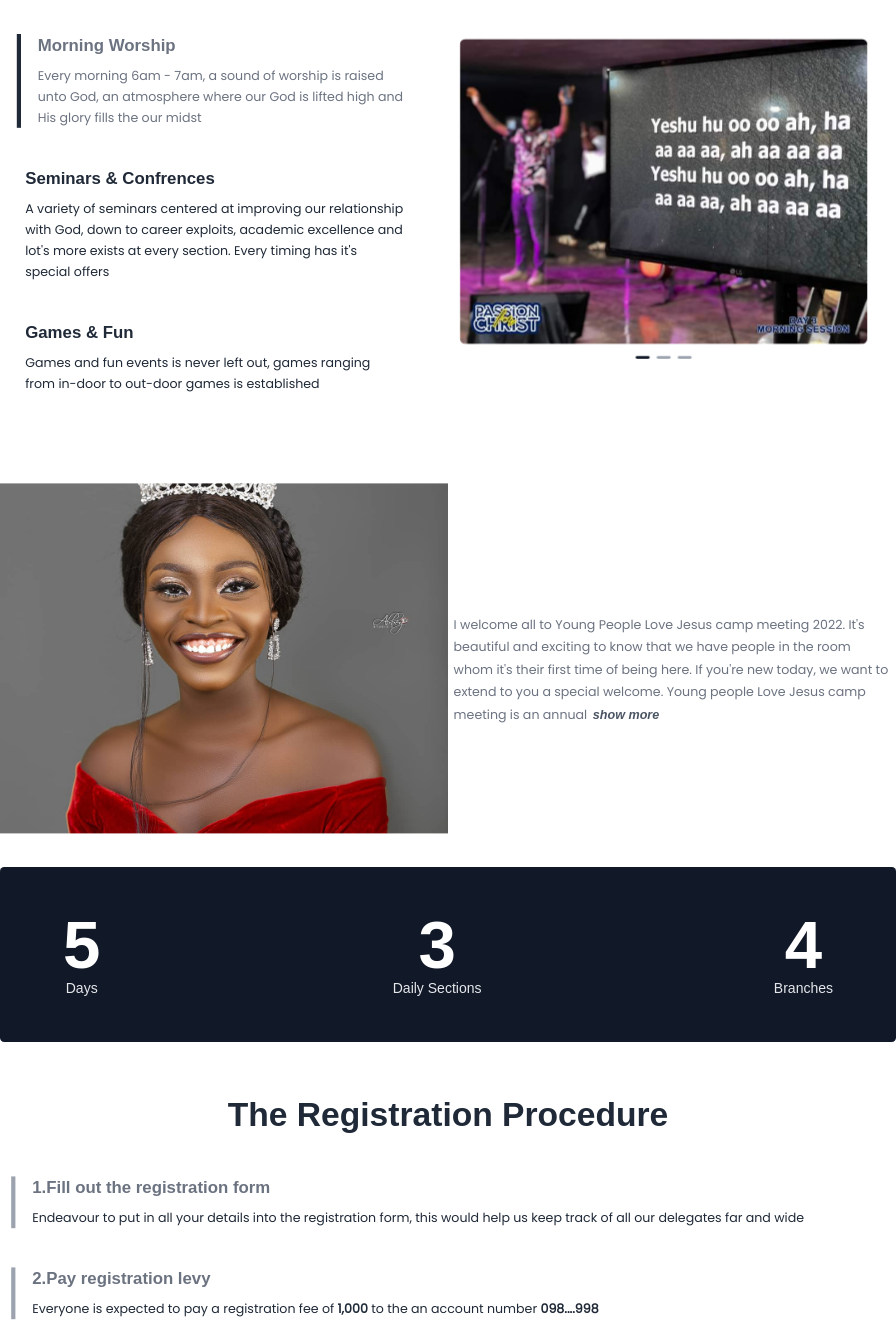
Repository: Ifenna-Pascal/user-camp-onboarding
Page: /
An editor plug-in stored every save of this project. The page is shown before and after the next save, followed by the edit.
The browser window is 1280 px wide. The pictures show the part of the page from y = 1452 to 3372 px (the page is 4300 px tall), at 70% of full size.
Some web fonts or font styles are not loaded; a fallback is used. The project was rebuilt for these pictures with package versions that can differ from the ones it lists, and the page was loaded fresh each time. The framework's server and built-in components were replaced by stand-ins that run in the browser. Also part of the build but not shown: next.config.js.

Above is the page before, as saved 2022-11-26 12:11:44.

### pages/_app.js
import Mainlayout from "../components/layout";
import "../styles/globals.css";
import "remixicon/fonts/remixicon.css";

function MyApp({ Component, pageProps }) {
  return (
    <Mainlayout>
      <Component {...pageProps} />
    </Mainlayout>
  );
}

export default MyApp;

### components/layout/index.jsx
import React from "react";
import Footer from "./Footer";
import Nav from "./Nav";

function Mainlayout({ children }) {
  return (
    <div className="relative">
      <Nav />
      <main>{children}</main>
      <Footer />
    </div>
  );
}

export default Mainlayout;

### styles/globals.css
@import url('https://fonts.googleapis.com/css2?family=Poppins&family=Sono:wght@400;500&display=swap');
@import url('https://fonts.googleapis.com/css2?family=Montserrat&family=Source+Sans+Pro&display=swap');

* {
  padding: 0;
  margin: 0;
  box-sizing: border-box;
  scroll-behavior: smooth;
}

html,
body {
  padding: 0;
  margin: 0;
  font-family: -apple-system, BlinkMacSystemFont, Segoe UI, Roboto, Oxygen,
    Ubuntu, Cantarell, Fira Sans, Droid Sans, Helvetica Neue, sans-serif;
}

a {
  color: inherit;
  text-decoration: none;
}

* {
  box-sizing: border-box;
}

@media (prefers-color-scheme: dark) {
  html {
    color-scheme: dark;
  }
  body {
    color: white;
    background: black;
  }
}

@tailwind base;
@tailwind components;
@tailwind utilities;

### components/sections/CountDown.jsx
/* eslint-disable @next/next/no-img-element */
import React, { useState, useEffect, useRef } from "react";
import { CircularProgressbar, buildStyles } from "react-circular-progressbar";
import "react-circular-progressbar/dist/styles.css";
import CountUp from "react-countup";

function CountDown() {
  // timer counter state
  let [days, setDays] = useState("00");
  let [hours, setHours] = useState("00");
  let [mins, setMins] = useState("00");
  let [secs, setSecs] = useState("00");
  const [display, setDisplay] = useState(false);
  let interval = useRef();

  // time counter function
  let startTimer = () => {
    let countdownDate = new Date("Dec 12, 2022 12:00:00").getTime();
    interval = setInterval(() => {
      let now = new Date().getTime();
      let distance = countdownDate - now;
      let days = Math.floor(distance / (1000 * 60 * 60 * 24));
      let hours = Math.floor(
        (distance % (1000 * 60 * 60 * 24)) / (1000 * 60 * 60)
      );
      let mins = Math.floor((distance % (1000 * 60 * 60)) / (1000 * 60));
      let secs = Math.floor((distance % (1000 * 60)) / 1000);
      if (distance < 0) {
        setDisplay(false);
      } else {
        setDisplay(true);
        setDays(days);
        setHours(hours);
        setMins(mins);
        setSecs(secs);
      }
    }, 1000);
  };

  // countdown functionality on load
  useEffect(() => {
    startTimer();
    const currentValue = interval.current;
    return () => {
      clearInterval(currentValue);
    };
  }, []);

  return (
    <div className="grid grid-cols-1 lg:grid-cols-2 items-center justify-center ">
      <div className="w-full -mt-8  h-[500px]">
        <img
          src="/assets/flyer.jpg"
          alt="campFlyer"
          className="w-full h-full object-center object-cover"
        />
      </div>
      {display && (
        <div className="w-full flex  justify-center  pt-10 pb-12 lg:pb-24 md:max-w-[900px] lg:mx-auto  lg:gap-4 px-8">
          <TimeDisplay time={days} text="Days" />
          <TimeDisplay time={hours} text="Hours" />
          <TimeDisplay time={mins} text="Minutes" />
          <TimeDisplay time={secs} text="Seconds" sec />
        </div>
      )}
    </div>
  );
}

export default CountDown;

const TimeDisplay = ({ time, text, sec }) => (
  <div className=" bg-[#e5e5e5] flex items-center  justify-center p-8 w-[75px] lg:w-[180px] mr-4 lg:mr-6 rounded-md h-[80px] lg:h-[150px] relative shadow-lg">
    {/* <div className="absolute top-[50%] w-full bg-gray-600 h-[2px]"></div> */}
    <div className="bg-white absolute -left-3 w-4 lg:w-6  h-4 lg:h-6 top-[43%] "></div>
    <div className="bg-white absolute -right-3 w-4 lg:w-6  h-4 lg:h-6 top-[43%] "></div>
    <div className="flex flex-col items-center">
      <h1 className="text-gray-800 text-2xl lg:text-6xl mb-2 font-semibold font-montserat block">
        {sec ? (
          time
        ) : (
          <CountUp
            end={time}
            duration={2.75}
            useEasing
            enableScrollSpy
            scrollSpyDelay={1}
          />
        )}
      </h1>
      <p className="text-center block text-sm lg:text-base font-sono">{text}</p>
    </div>
  </div>
);

### components/sections/Hero.jsx
import Link from "next/link";
import React from "react";
import Button from "../general/Button";
import HeroRight from "../general/HeroRight";

function Hero() {
  return (
    <div
      id="home"
      className="lg:h-[90vh] min-h-screen  grid grid-cols-1 lg:grid-cols-2"
    >
      <div className="w-full flex py-6 lg:py-0  lg:-mt-8 lg:items-start items-center flex-col justify-center h-full">
        <h1 className="text-3xl lg:text-6xl text-gray-800 text-center lg:text-left leading-[50px] lg:leading-[75px] font-semibold font-sono">
          Raising Agents Of Transformation
        </h1>
        <p className="text-lg lg:max-w-[600px] text-gray-700 py-2 text-center lg:text-left leading-[35px] lg:leading-[30px] font-poppins px-4 lg:px-0 lg:pr-[50px]">
          In the last days, says the Lord, I will pour out my spirit upon all
          flesh, and your <b>sons and daughters</b> shall prophesy, your old men
          shall dream dreams, shall see visions. <strong>Joel 2:28</strong>
        </p>
        <div className="mt-4">
          <Link href={"/register"}>
            {" "}
            <Button text={"Join Us"} />
          </Link>
        </div>
      </div>
      <div className="lg:p-4 w-[97%]   h-full mx-auto lg:w-full">
        {" "}
        <HeroRight />{" "}
      </div>
    </div>
  );
}

export default Hero;

### components/sections/Numerics.jsx
import React from "react";
import CountUp from "react-countup";
function Numerics() {
  return (
    <div className="bg-gray-900 rounded-md px-3 lg:px-0 flex lg:flex-row flex-col justify-center my-12 min-h-[600px] lg:min-h-[250px] w-full">
      <div className="lg:max-w-[1100px] flex lg:flex-row flex-col lg:items-center w-full justify-between mx-auto">
        <Numeric figure={5} text="Days" />
        <Numeric figure={3} text="Daily Sections" />
        <Numeric figure={4} text="Branches" />
      </div>
    </div>
  );
}

export default Numerics;

const Numeric = ({ figure, text }) => (
  <div className="flex flex-col cursor-pointer mb-12 lg:mb-0 items-center">
    <h1 className="text-white hover:scale-[1.3] hover:mb-2 duration-500 font-sono font-semibold text-8xl">
      <CountUp
        end={figure}
        duration={2.75}
        useEasing
        enableScrollSpy
        scrollSpyDelay={1}
      />
    </h1>
    <p className="text-center font-sono text-xl text-gray-200">{text}</p>
  </div>
);

### components/sections/Reviews.jsx
import React from "react";
import Header from "../general/Header";
import ReviewCarousel from "../general/ReviewCarousel";

function Reviews() {
  return (
    <div className="mb-24" id="reviews">
      <Header
        header={"What The People Say..."}
        // content="Lorem ipsum dolor sit amet consectetur adipisicing elit. Culpa saepe iusto nisi! Nostrum tempore consequatur rerum! Cumque sequi tenetur ea! Impedit delectus facere est cupiditate, voluptatibus adipisci ipsum consectetur beatae."
      />
      <ReviewCarousel />
    </div>
  );
}

export default Reviews;

### components/sections/Speech.jsx
/* eslint-disable @next/next/no-img-element */
import React, { useState } from "react";

function Speech() {
  const [show, setShow] = useState(false);
  let p = `  I welcome all to Young People Love Jesus camp meeting 2022. It's
    beautiful and exciting to know that we have people in the room whom
    it's their first time of being here. If you're new today, we want to
    extend to you a special welcome. Young people Love Jesus camp meeting
    is an annual programme geared towards bringing young people all over
    the world together, leading them through the process of salvation by
    the help of the Holy Spirit (for those who haven't experienced this),
    passing them through teachings and training made to equip them for the
    days ahead, and helping them through Christ fulfill their purposes.
    The theme for this year - Agents of Transformation - has kept me
    bubbling with excitement and earnest expectation as to what this
    year's camp meeting holds for us and I can't wait to take hold of the
    prophesies and words from God for me and I hope it's same with you?
    The Lord is about to take us to a new level, are you ready for it?
    Like our Daddy, Apostle Uche S. Nick would say, With Jesus joy in my
    heart,I say once again, you're welcome!`;
  let distance = show ? p.length - 1 : 302;
  return (
    <div className="grid grid-cols-1 lg:grid-cols-2 pt-12 items-center justify-center ">
      <div className="w-full -mt-8  h-[500px]">
        <img
          src="/assets/miss.jpg"
          alt="campFlyer"
          className="w-full h-full object-center object-cover"
        />
      </div>
      <div>
        <p className="text-left block text-lg  font-poppins  leading-[32px] text-gray-500 py-4 px-2">
          {p.substring(0, distance)}
          <span
            className="font-semibold italic duration-300 px-2 cursor-pointer font-sono text-gray-600"
            onClick={() => setShow(!show)}
          >
            {show ? "show less" : "show more"}
          </span>
        </p>
      </div>
    </div>
  );
}

export default Speech;

### components/sections/Steps.jsx
import React from "react";
import Header from "../general/Header";

const Payment = () => (
  <p>
    Everyone is expected to pay a registration fee of <strong>1,000</strong> to
    the an account number <strong>098....998</strong>
  </p>
);

function Steps() {
  return (
    <div className="flex items-start my-6 mx-4 flex-col">
      <Header header="The Registration Procedure " />
      <StepProcess
        header="1.Fill out the registration form"
        content="Endeavour to put in all your details into the registration form, this would help us keep track of all our delegates far and wide"
      />
      <StepProcess header="2.Pay registration levy" content=<Payment /> />
      <StepProcess
        header="3.Send out proof of payment"
        content={`Send proof of payment to the specified whatsApp contact `}
      />{" "}
    </div>
  );
}

export default Steps;

const StepProcess = ({ header, content }) => {
  return (
    <div
      className={`
        border-l-[6px] block pl-6
      mb-14 duration-500 border-gray-400 lg:pr-16`}
    >
      <h1
        className={`font-sono mb-3
          text-gray-500
        text-2xl block font-semibold`}
      >
        {header}
      </h1>
      <p
        className={`block text-lg font-poppins  leading-[30px]
           text-gray-800
        `}
      >
        {content}
      </p>
    </div>
  );
};

### components/layout/Footer.jsx
import React from "react";

function Footer() {
  return (
    <div className="bg-gray-900 w-full h-[70px]  flex items-center justify-center">
      <p className="text-center flex items-center text-white font-sono text-xl">
        {" "}
        <span className="text-4xl mr-2">&copy;</span> YPLJ Camp Meeting 2022{" "}
      </p>
    </div>
  );
}

export default Footer;

### components/layout/Nav.jsx
import Link from "next/link";
import { useRouter } from "next/router";
import React, { useState } from "react";
import Button from "../general/Button";
import NavLink from "../general/NavLink";

function Nav() {
  const [show, setShow] = useState(false);
  const router = useRouter();
  const toggle = () => {
    setShow(!show);
  };
  return (
    <div className="lg:sticky  top-0 w-full shadow-sm mb-4 z-50 px-6 lg:px-0 bg-white">
      <nav className="w-full lg:py-6 py-5 flex items-center  lg:max-w-[1450px] lg:mx-auto justify-between">
        <Link href="/">
          {" "}
          <h1 className="font-sono text-2xl lg:text-4xl ">YEMs</h1>
        </Link>
        <ul className="lg:flex items-center hidden justify-between">
          <NavLink href="/#home" name="About Us" />
          <NavLink href="/#process" name="Process" />
          <NavLink href="/#reviews" name="Reviews" />
          <Link href="/register">
            <Button text="Register" />
          </Link>
        </ul>
        <button
          className='block md:hidden className="w-full px-2 py-1 rounded-lg text-AP-grey-200 hover:text-AP-blue-200 border-AP-grey-200 hover:border-AP-blue-400'
          onClick={toggle}
        >
          <i
            className={`${
              !show ? "ri-menu-3-fill duration-500" : "ri-close-line"
            } text-2xl text-gray-800`}
          />
        </button>
      </nav>
      <div
        className={`flex lg:hidden ${
          show
            ? "flex duration-500  flex-col items-center space-y-8 pt-2 "
            : "hidden"
        }`}
      >
        <NavLink href="/#home" name="About Us" />
        <NavLink href="/#process" name="Process" />
        <NavLink href="/#reviews" name="Reviews" />
        {/* {router.pathname !== "/register" && (
          <Link href="/register">
            <Button text="Register" onClick={() => setShow(false)} />
          </Link>
        )} */}
      </div>
    </div>
  );
}

export default Nav;

### components/general/Button.jsx
import React from "react";

function Button({ text, ...rest }) {
  return (
    <button
      className="bg-gray-800 px-12 py-3 hover:bg-white hover:text-black hover:border hover:border-black duration-500 hover:ease-in-out text-white font-sono text-xl"
      {...rest}
    >
      {text}
    </button>
  );
}

export default Button;

### components/general/HeroRight.jsx
/* eslint-disable @next/next/no-img-element */
import React from "react";

function HeroRight() {
  return (
    <div className="grid grid-cols-3 lg:px-8   mt-8 lg:my-0 pr-0  max-h-[700px] w-full gap-2 grid-rows-6">
      <div
        data-aos="zoom-in-down"
        data-aos-offset="500"
        data-aos-easing="ease-in-cubic"
        data-aos-duration="1000"
        class="w-full row-start-1 row-span-3"
      >
        <img
          src="/assets/camping20.jpg"
          alt="Photo by Claudio Schwarz on Unsplash"
          class="inset-0 h-full w-full object-cover object-center  rounded-lg  "
        />
      </div>
      <div class="w-full row-start-4  col-span-1 col-start-1 row-end-6">
        <img
          src="/assets/camp5.jpg"
          alt="Photo by Claudio Schwarz on Unsplash"
          class="inset-0 h-full w-full object-cover object-center  rounded-lg  "
        />
      </div>
      {/* <div className="grid  gap-y-4 h-full w-full h-full row-span-5  col-span-1"> */}
      <div
        data-aos="fade-down"
        data-aos-offset="500"
        data-aos-easing="ease-in-cubic"
        data-aos-duration="1000"
        className="row-start-1  w-full row-span-1 col-start-2 col-span-1"
      >
        {/* <ImageBox color="bg-red-400" /> */}
        <img
          src="/assets/camp6.jpg"
          alt="Photo by Claudio Schwarz on Unsplash"
          class="inset-0 h-full w-full object-cover object-center  rounded-lg  "
        />
      </div>
      <div
        data-aos="zoom-in-down"
        data-aos-offset="500"
        data-aos-easing="ease-in-cubic"
        data-aos-duration="1000"
        className="row-start-2 row-span-3  w-full col-start-2 col-span-1"
      >
        <img
          src="/assets/camp13.jpg"
          alt="Photo by Claudio Schwarz on Unsplash"
          class="inset-0 h-full w-full object-cover object-center  rounded-lg  "
        />
      </div>
      <div className="row-start-5  w-full  row-span-1 col-start-2 col-span-1">
        <img
          src="/assets/camp3.jpg"
          alt="Photo by Claudio Schwarz on Unsplash"
          class="inset-0 h-full w-full object-cover object-center  rounded-lg  "
        />
      </div>
      <div className="col-start-3  row-span-2">
        <img
          src={"/assets/camp11.jpg"}
          alt="Photo by Claudio Schwarz on Unsplash"
          class="inset-0 h-full w-full object-cover object-center bg-center  rounded-lg  "
        />
      </div>
      <div
        data-aos="fade-up"
        data-aos-offset="500"
        data-aos-easing="ease-in-cubic"
        data-aos-duration="1000"
        className="col-start-3  row-start-3 row-span-3"
      >
        <img
          src={"/assets/camp10.jpg"}
          alt="Photo by Claudio Schwarz on Unsplash"
          class="inset-0 h-full w-full object-cover object-center bg-center  rounded-lg  "
        />
      </div>
    </div>
  );
}

export default HeroRight;

const ImageBox = ({ color }) => {
  return (
    <div className={`w-full h-full bg-red  rounded-lg-lg ${color}`}>
      <img
        src="https://images.unsplash.com/photo-1539183204366-63a0589187ab?ixlib=rb-4.0.3&ixid=MnwxMjA3fDB8MHxzZWFyY2h8MTh8fGNhbXBpbmd8ZW58MHx8MHx8&auto=format&fit=crop&w=600&q=60"
        alt="image"
        className=" rounded-lg-lg"
      />
    </div>
  );
};

### components/general/Carousel.jsx
/* eslint-disable jsx-a11y/alt-text */
/* eslint-disable @next/next/no-img-element */
import Slider from "react-slick";
import "slick-carousel/slick/slick.css";
import "slick-carousel/slick/slick-theme.css";
import useSetting from "../hooks/useSetting";

const Carousel = ({ setCurrent, current }) => {
  const { settings } = useSetting(current, setCurrent);
  const images = ["/assets/camp7.jpg", "/assets/camp4.jpg", "/assets/camp.jpg"];
  return (
    <div>
      <Slider {...settings}>
        {images.map((image, i) => (
          <div key={i} className={` h-full w-full`}>
            <img
              src={image}
              className={`object-cover  object-center rounded-lg w-full  h-[50%] `}
            />
          </div>
        ))}
      </Slider>
    </div>
  );
};

export default Carousel;

### components/general/Header.jsx
import React from "react";

function Header({ header, content }) {
  return (
    <div className="flex flex-col px-2 lg:px-0 lg:max-w-[1000px] mx-auto items-center justify-center py-6 lg:py-8">
      <h1 className="text-gray-800 text-center lg:text-left text-2xl lg:text-5xl font-semibold font-sono block ">
        {header}
      </h1>
      <p className="block text-base  lg:text-lg text-center font-poppins text-gray-800 leading-[30px] py-2 lg:py-4">
        {content}
      </p>
    </div>
  );
}

export default Header;

### components/general/NavLink.jsx
import Link from "next/link";
import React from "react";

function NavLink({ href, name }) {
  return (
    <Link href={href}>
      <span className="text-black px-4 text-xl font-sono mr-6 font-500">
        {name}
      </span>
    </Link>
  );
}

export default NavLink;

### components/hooks/useSetting.jsx
import React from "react";

function useSetting(current, setCurrent) {
  const settings = {
    className: "center",
    autoplay: true,
    // centerMode: true,
    infinite: true,
    // centerPadding: "60px",
    slidesToShow: 1,
    arrows: false,
    slideToScrool: 1,
    lazyLoad: true,
    vertical: true,
    focusOnSelect: true,
    draggable: true,
    dots: true,
    autoplaySpeed: 5000,
    speed: 2000,
    beforeChange: (current) => setCurrent(current),
    customPaging: (i) => (
      <div
        className={`w-[20px]  mt-4 h-[4px] rounded-[10px] ${
          current === i ? "bg-gray-900" : "bg-gray-400"
        }`}
      ></div>
    ),
    responsive: [
      {
        breakpoint: 450,
        settings: {
          autoplay: true,
          centerMode: false,
          vertical: true,
          infinite: true,
          slidesToShow: 1,
          slideToScroll: 1,
          arrows: false,
          draggable: true,
          dots: true,
          autoplaySpeed: 5000,
          speed: 2000,
          beforeChange: (current) => setCurrent(current),
          customPaging: (i) => (
            <div
              className={`w-[20px]  mt-4 h-[4px] rounded-[10px] ${
                current === i ? "bg-gray-900" : "bg-gray-400"
              }`}
            ></div>
          ),
        },
      },
    ],
  };
  return { settings };
}

export default useSetting;

### components/general/ReviewCard.jsx
/* eslint-disable jsx-a11y/alt-text */
/* eslint-disable @next/next/no-img-element */
import React from "react";

function ReviewCard({ name, role, src, review }) {
  return (
    <div className="min-w-[300px] relative  mx-4 min-h-[300px] flex shadow-md">
      <div className="flex absolute top-2 left-2 py-2">
        <i className="ri-single-quotes-r text-5xl text-gray-300 font-semibold"></i>
        <i className="ri-single-quotes-r text-5xl -ml-5  text-gray-300 font-semibold"></i>
      </div>
      <div className="flex flex-col relative pt-16 pb-6 px-5">
        <p className="py-4 font-poppins text-basev text-gray-600">{review}</p>
        <div className="flex flex-col w-full">
          <div className="w-[60px] mt-3 h-[60px]">
            <img
              className="w-full rounded-[50%] object-center object-cover bg-center bg-cover h-full"
              src={src}
            />
          </div>
          <h1 className="font-sono pt-2 text-lg font-semibold">{name}</h1>
          <p className="text-base font-sono text-gray-600">{role}</p>
        </div>
      </div>
    </div>
  );
}

export default ReviewCard;

Loaded but not shown: pages/index.js (32 lines, source omitted); tailwind.config.js (18 lines, source omitted); components/sections/HowItWorks.jsx (123 lines, source omitted); components/general/ReviewCarousel.jsx (97 lines, source omitted)

After the next save:
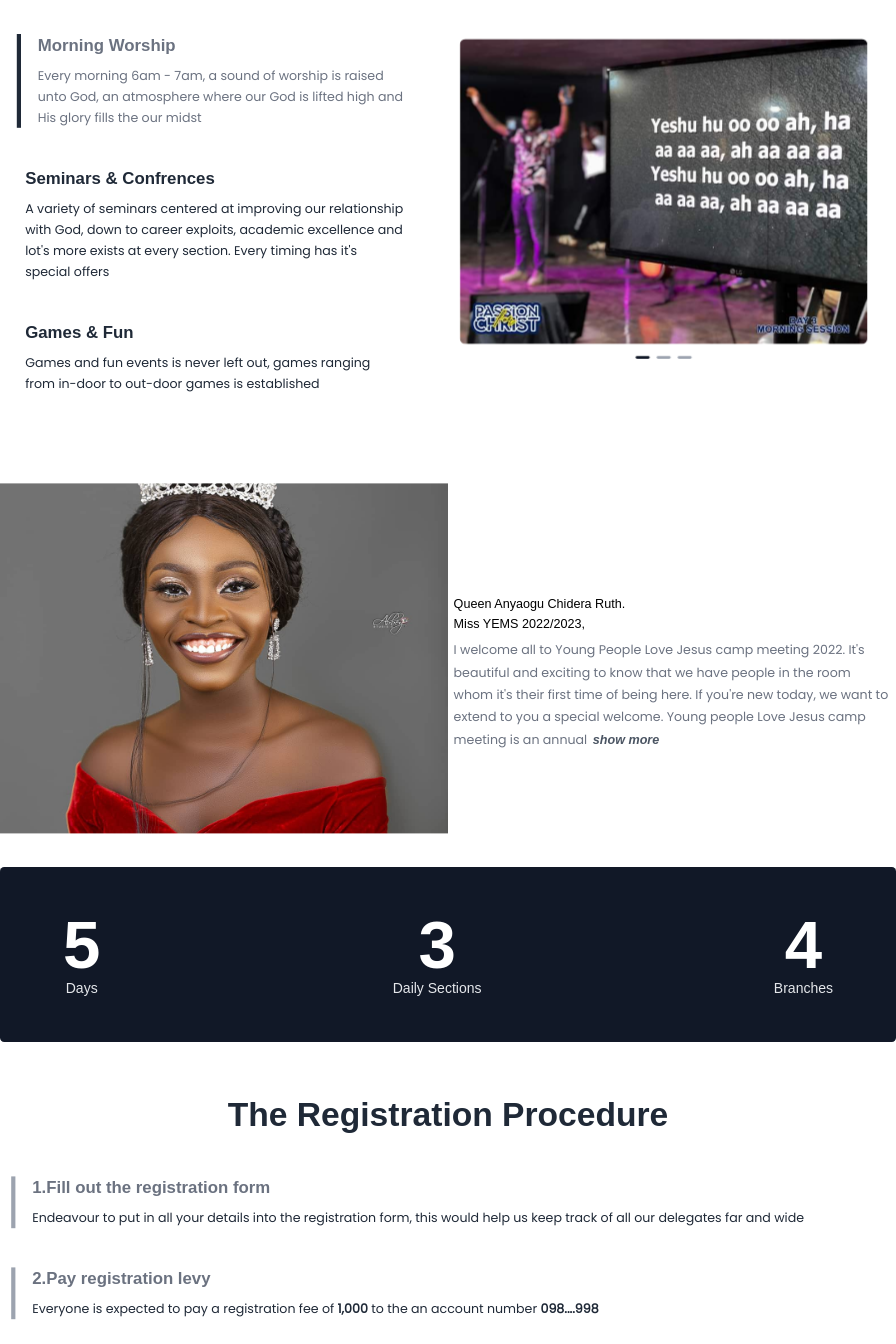
Saved 19 h 52 min later.
--- a/components/sections/Speech.jsx
+++ b/components/sections/Speech.jsx
@@ -30,7 +30,12 @@ function Speech() {
         />
       </div>
       <div>
-        <p className="text-left block text-lg  font-poppins  leading-[32px] text-gray-500 py-4 px-2">
+        <h1 className="p-2 text-lg font-sono font-semibolds">
+          {" "}
+          Queen Anyaogu Chidera Ruth. <br />
+          Miss YEMS 2022/2023,
+        </h1>
+        <p className="text-left block text-lg  font-poppins  leading-[32px] text-gray-500  px-2">
           {p.substring(0, distance)}
           <span
             className="font-semibold italic duration-300 px-2 cursor-pointer font-sono text-gray-600"
